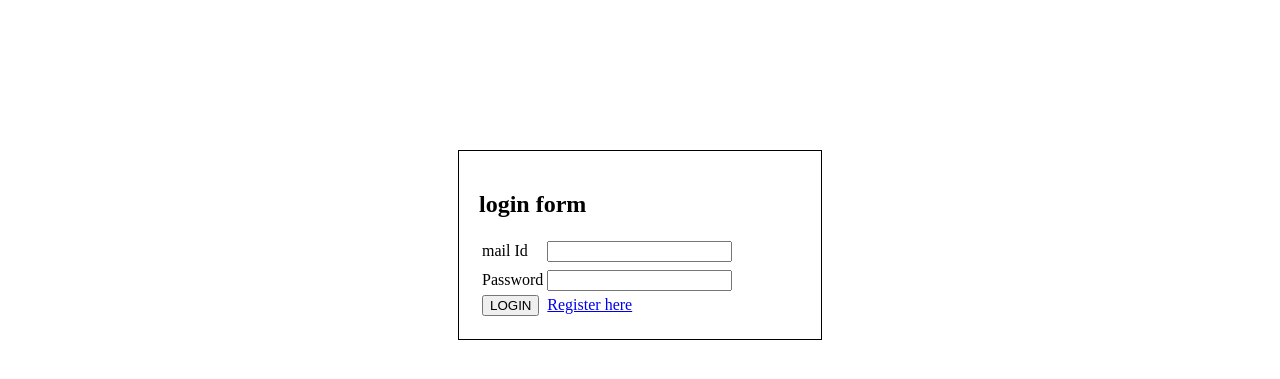
Repository: zeeshan495/Banking_project
Page: http://localhost/Banking/loginUrl
The author's editor kept a copy of each file at every save. The page is drawn from the files as they stood at one save, then again after the next save.
The browser window is 1280 px wide. The pictures show the whole page.
The page is served by Tomcat 9. Other server files are loaded and not shown.

Above is the page before, as saved 2018-11-09 05:50:13.

### Banking/WebContent/LoginForm.jsp
<%@ page language="java" contentType="text/html; charset=ISO-8859-1"
    pageEncoding="ISO-8859-1"%>
<!DOCTYPE html PUBLIC "-//W3C//DTD HTML 4.01 Transitional//EN" "http://www.w3.org/TR/html4/loose.dtd">
<html>
<head>
<meta http-equiv="Content-Type" content="text/html; charset=ISO-8859-1">
<title>Login Form</title>
<link rel="stylesheet" href="login.css"/>
</head>
<body>
<div class="login">
<h2>login form</h2>
<table>
				<tr>
					<td>mail Id</td>
					<td><input type="text" onchange="validEmail()" name="mailId"
						id="mailId"></td>
				</tr>
				<tr>
					<td colspan="2"><span id="email" onchange="validEmail()"></span></td>
				</tr>
				<tr>
					<td>Password</td>
					<td><input type="password" name="pwd" id="pwd"></td>
				</tr>
				<tr id="submit">
					<td><input type="submit" value="LOGIN"></td>
					<td><a href="RegisterForm.jsp">Register here</a></td>
				</tr>
			</table>
			</div>
</body>
</html>

### Banking/src/controllers/LoginServlet.java
package com.banking.controllers;

import java.io.IOException;
import javax.servlet.ServletException;
import javax.servlet.annotation.WebServlet;
import javax.servlet.http.HttpServlet;
import javax.servlet.http.HttpServletRequest;
import javax.servlet.http.HttpServletResponse;

/**
 * Servlet implementation class LoginServlet
 */
@WebServlet("/LoginServlet")
public class LoginServlet extends HttpServlet {
	private static final long serialVersionUID = 1L;

    /**
     * @see HttpServlet#HttpServlet()
     */
    public LoginServlet() {
        super();
        // TODO Auto-generated constructor stub
    }

	/**
	 * @see HttpServlet#doGet(HttpServletRequest request, HttpServletResponse response)
	 */
	protected void doGet(HttpServletRequest request, HttpServletResponse response) throws ServletException, IOException {
		doPost(request, response);
	}

	/**
	 * @see HttpServlet#doPost(HttpServletRequest request, HttpServletResponse response)
	 */
	protected void doPost(HttpServletRequest request, HttpServletResponse response) throws ServletException, IOException {
		response.setContentType("text/html");
		request.getRequestDispatcher("LoginForm.jsp").forward(request, response);
	}

}

### Banking/WebContent/login.css
.login{
	margin-top:150px;
	margin-left:450px;
	margin-right:450px;
	border:1px solid black;
    padding:20px;
}

After the next save:
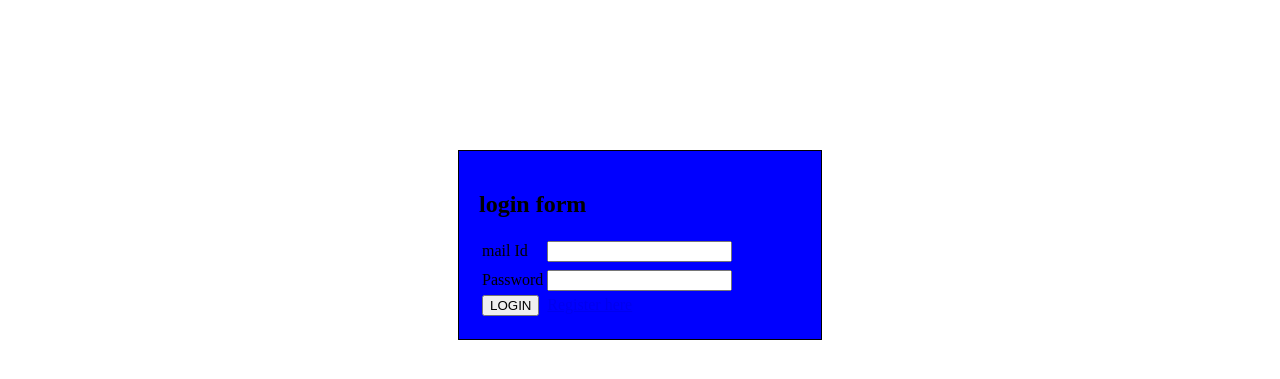
Saved 63 s later.
--- a/Banking/WebContent/login.css
+++ b/Banking/WebContent/login.css
@@ -4,4 +4,5 @@
 	margin-right:450px;
 	border:1px solid black;
     padding:20px;
+    background-color:blue;
 }
